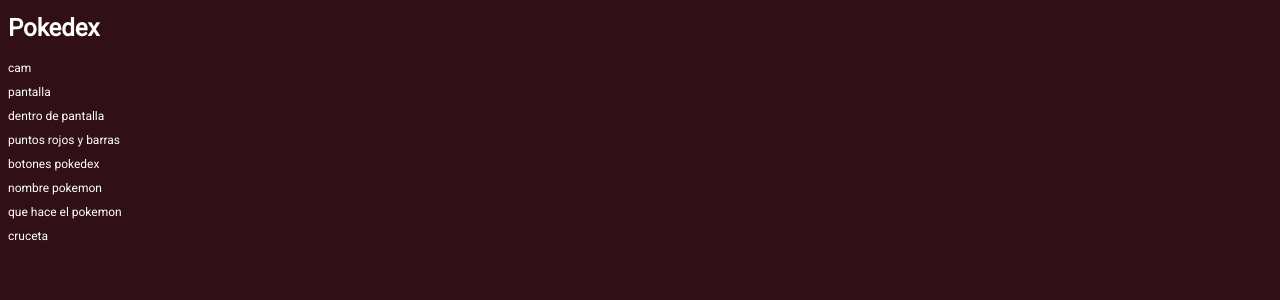
Repository: darkmantiz2/pokedex
Page: index.html
These files come from the project's save history. The page is drawn as it stood at one moment and after the next save; the edit follows.
The browser window is 1280 px wide. The pictures show the whole page.

Above is the page before, as saved 2022-01-18 15:53:10.

### index.html
 <!DOCTYPE html>
<html lang="en">
<head>
  <meta charset="UTF-8">
  <meta http-equiv="X-UA-Compatible" content="IE=edge">
  <meta name="viewport" content="width=device-width, initial-scale=1.0">
  <link href="https://fonts.googleapis.com/css2?family=Roboto&display=swap" rel="stylesheet">
  <link rel="stylesheet" href="./css/index.css">
  <title>Pokedex</title>
</head>
<body>
  <h1>Pokedex</h1>

  <section class="container-pokedex" >
    <div class="container-pokedex-red">
      <div class="container-cam"> cam </div>

      <div class="container-screen" >pantalla
        <div class="screen-pokemon"> dentro de pantalla </div>
        <div class="screen-redpoints"> puntos rojos y barras </div>
      </div>

      <div class="container-buttons"> botones pokedex </div>
      <div class="container-info">
      <div class="pokemon-name"> nombre pokemon </div>
      <div class="pokemon-description"> que hace el pokemon </div>
      <div class="select-button"> cruceta </div>
    </div>
    <div class=""></div>
  </div>



  </section>

</body>
</html>

### css/index.css

:root {
  --white: #fffffe;
  --black: #300f16;
  --primary: #dc0a2d;
  --secondary: #163355;
  --body1: 400 0.75rem/1.5rem Roboto;
  --body3: 400 0.5rem/0.4556451737880707rem Roboto;
  --body2-regular: 400 0.75rem/1.375rem Space Mono;
}

body {
  color: var(--white);
  background-color: var(--black);
  font: var(--body1);

}

After the next save:
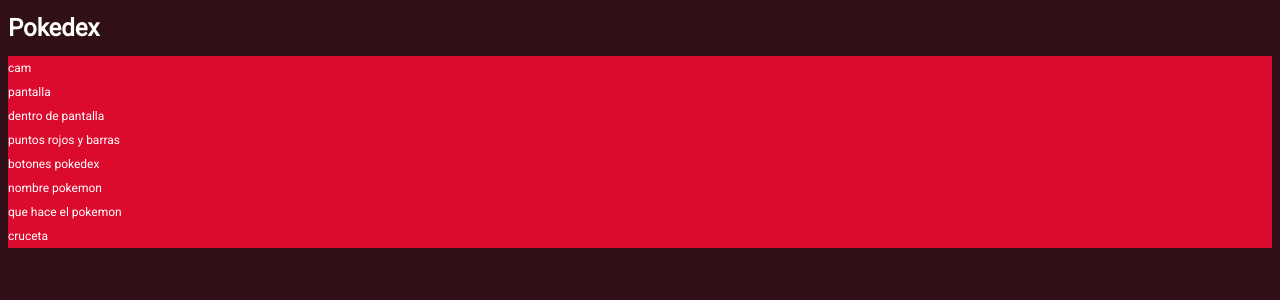
Saved 9 min 13 s later.
--- a/css/index.css
+++ b/css/index.css
@@ -15,3 +15,8 @@
   font: var(--body1);
 
 }
+.container-pokedex{
+
+  background-color: var(--primary);
+
+}
